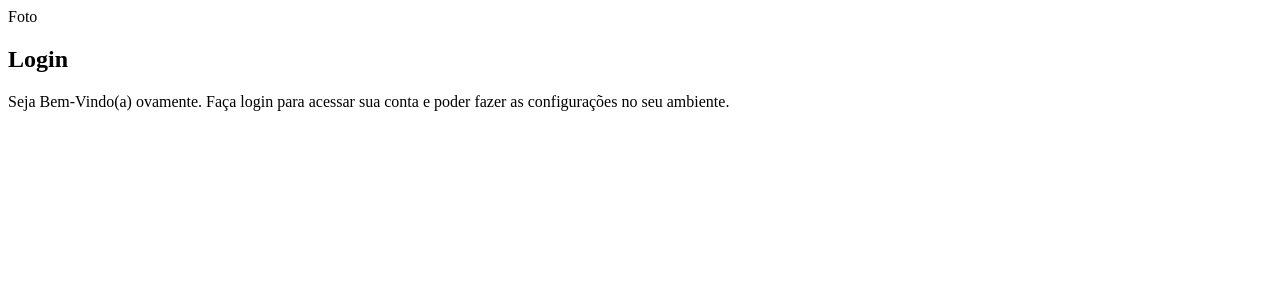
Repository: Guillermomarcon/Projeto-Login
Page: index.html
An editor plug-in stored every save of this project. The page is shown before and after the next save, followed by the edit.
The browser window is 1280 px wide. The pictures show the whole page.

Above is the page before, as saved 2022-09-03 14:05:43.

After the next save:
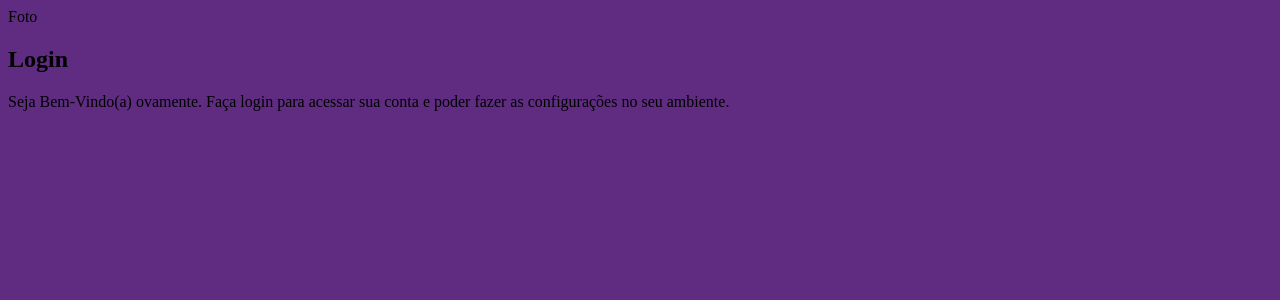
Saved 12 s later.
--- a/estilos/style.css
+++ b/estilos/style.css
@@ -15,5 +15,5 @@ lilas #5f2c82
 }
 
 body, html {
-    background-color: ;
+    background-color:#5f2c82 ;
 }
